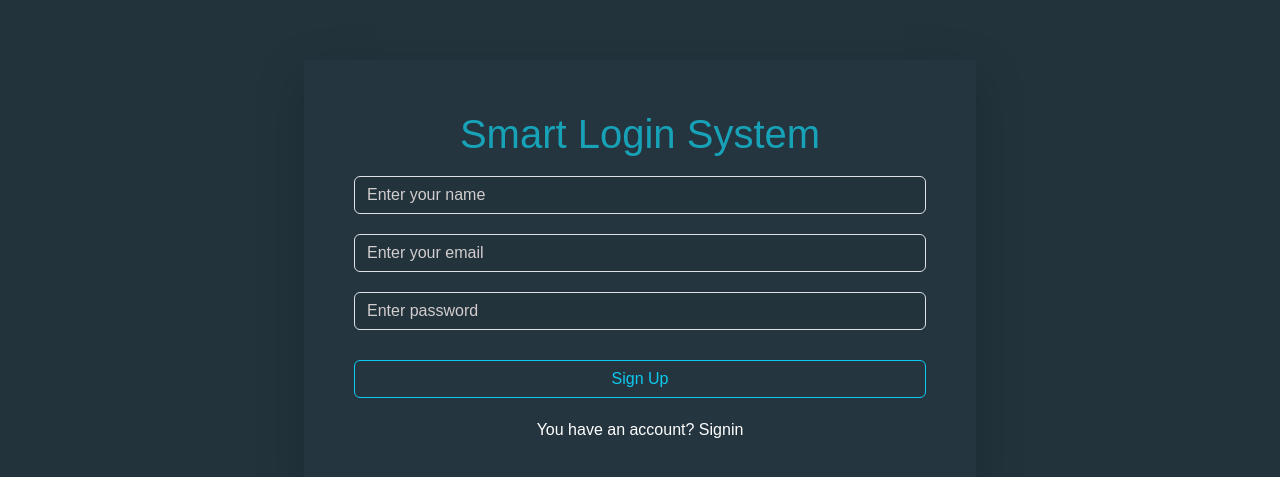
Repository: bodajava/TASK-4
Page: scoundIndex.html
An editor plug-in stored every save of this project. The page is shown before and after the next save, followed by the edit.
The browser window is 1280 px wide. The pictures show the whole page.

Above is the page before, as saved 2025-06-18 19:47:33.

### scoundIndex.html
<!DOCTYPE html>
<html lang="en">
  <head>
    <link rel="stylesheet" href="CSS/all.min.css" />
    <link rel="stylesheet" href="CSS/bootstrap.css" />
    <link rel="stylesheet" href="CSS/style.css" />
    <meta charset="UTF-8" />
    <meta name="viewport" content="width=device-width, initial-scale=1.0" />
    <title>Document</title>
  </head>
  <body class="bg-22333c">
    <div class="smart-app">
      <div class="login shadow-lg">
        <h1 class="text-capitalize">smart login system</h1>
        <div action="" class="form d-flex flex-column">
          <input
            class="border border-1 rounded-2"
            type="text"
            id="userName"
            placeholder="Enter your name"
            autocomplete="off"
          />
          <input
            class="border border-1 rounded-2"
            type="email"
            id="userEmail"
            placeholder="Enter your email"
            autocomplete="off"
          />
          <input
            class="border border-1 rounded-2"
            type="password"
            id="userPass"
            placeholder="Enter password"
            autocomplete="off"
          />
          <div id="required">
            <span></span>
          </div>
          <button
            type="submit"
            onclick="addUser()"
            class="btn btn-outline-info text-decoration-none"
          >
            Sign Up
          </button>
          <label for="">
            You have an account? <a href="index.html">Signin</a></label
          >
        </div>
      </div>
    </div>
    <script src="js/bootstrap.bundle.min.js"></script>
    <script src="js/index.js"></script>
  </body>
</html>

### CSS/style.css
@media screen and (max-width: 575px) {
  .smart-app {
    width: 95% !important;
  }
  .login {
    width: 90%;
  }
}
/* less than 768px  and greater than = 576px  */
@media screen and (min-width: 576px) and (max-width: 767) {
}
/* Medium devices (tablets, 768px and up) */
@media (min-width: 768px) and (max-width: 991px) {
}

/*  Large devices (desktops, 992px and up) */
@media (min-width: 992px) and (max-width: 1199px) {
}

* {
  box-sizing: border-box;
  font-family: "Titillium Web", sans-serif;
}
.w-65 {
  width: 65%;
}
.bg-22333c {
  background-color: #22333c;
}
.bg-212529 {
  background-color: #212529;
}
h1 {
  color: #17a2b8;
  font-size: 40px;
  margin-bottom: 8px;
}
.smart-app {
  width: 75%;
  margin: 10px auto;
  padding: 50px 0;
  display: flex;
  align-items: center;
  justify-content: center;
}
.login {
  background: #24353f;
  color: white;
  text-align: center;
  flex-direction: column;
  width: 70%;
  padding: 50px;
  display: flex;
  justify-content: center;
}
input {
  margin: 10px 0;
  padding: 6px 12px;
  background-color: #22333c;
  outline: none;
  border: 1.5px solid white;
  border-radius: 15px;
  color: white;
}
.login button {
  margin: 20px 0;
  font-size: 16px !important;
}
input::placeholder {
  color: rgb(211, 205, 205);
  font-weight: lighter;
}
input:focus {
  border-color: #48d2ee !important ;
}
a {
  text-decoration: none;
  color: white;
}
a:hover {
  text-decoration-line: underline;
  color: white;
}

.logo a {
  font-size: 20px;
}
.logo a:hover {
  text-decoration-line: none;
}

.home {
  height: 80%;
}
.toggler-icon {
  color: #ffffff80;
}
.border-ffffff80 {
  border-color: #ffffff80;
}

Loaded but not shown: CSS/all.min.css (library); CSS/bootstrap.css (library); js/bootstrap.bundle.min.js (library); js/index.js (no copy from this time; the picture is the same without it)

After the next save:
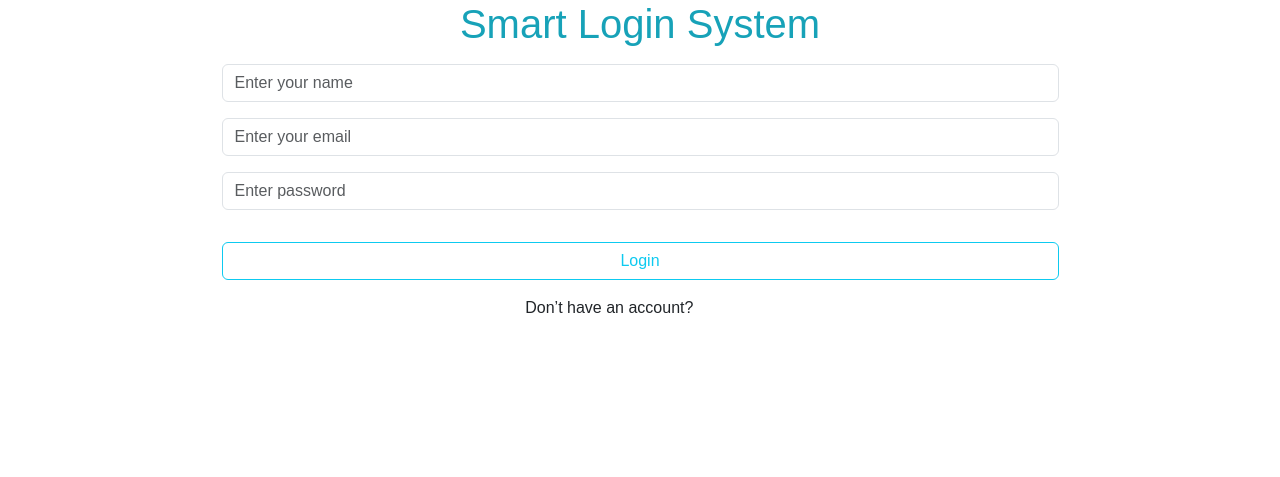
Saved 48 s later.
--- a/scoundIndex.html
+++ b/scoundIndex.html
@@ -8,46 +8,33 @@
     <meta name="viewport" content="width=device-width, initial-scale=1.0" />
     <title>Document</title>
   </head>
-  <body class="bg-22333c">
-    <div class="smart-app">
-      <div class="login shadow-lg">
-        <h1 class="text-capitalize">smart login system</h1>
-        <div action="" class="form d-flex flex-column">
-          <input
-            class="border border-1 rounded-2"
-            type="text"
-            id="userName"
-            placeholder="Enter your name"
-            autocomplete="off"
-          />
-          <input
-            class="border border-1 rounded-2"
-            type="email"
-            id="userEmail"
-            placeholder="Enter your email"
-            autocomplete="off"
-          />
-          <input
-            class="border border-1 rounded-2"
-            type="password"
-            id="userPass"
-            placeholder="Enter password"
-            autocomplete="off"
-          />
-          <div id="required">
-            <span></span>
-          </div>
-          <button
-            type="submit"
-            onclick="addUser()"
-            class="btn btn-outline-info text-decoration-none"
-          >
-            Sign Up
-          </button>
-          <label for="">
-            You have an account? <a href="index.html">Signin</a></label
-          >
-        </div>
+  <body>
+    <div id="item" class="container text-center">
+      <div id="item2" class="m-auto w-75">
+        <h1>Smart Login System</h1>
+        <input
+          type="text"
+          class="form-control my-3"
+          placeholder="Enter your name"
+          id="signinEmail"
+        />
+        <input
+          type="password"
+          class="form-control my-3"
+          placeholder="Enter your email"
+          id="signinPassword"
+        />
+        <input
+          type="password"
+          class="form-control my-3"
+          placeholder="Enter password"
+          id="signinPassword"
+        />
+        <button class="btn btn-outline-info w-100 my-3">Login</button>
+        <p class="paragraph">
+          Don’t have an account?
+          <a class="anchor" href="index.html">Sign Up</a>
+        </p>
       </div>
     </div>
     <script src="js/bootstrap.bundle.min.js"></script>
